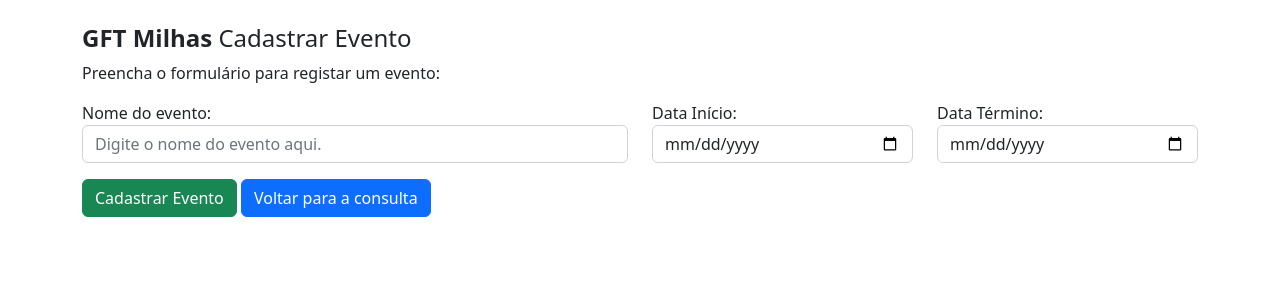
Repository: thamaraamaral/desafio_mvc1
Page: http://localhost/projeto-milhas/WEB-INF/views/eventos-edicao.jsp
An editor plug-in stored every save of this project. The page is shown before and after the next save, followed by the edit.
The browser window is 1280 px wide. The pictures show the whole page.
The page is served by Tomcat 9. Nobody is signed in. The template is opened directly, without the code that normally fills it, so the values that code supplies are empty.

Above is the page before, as saved 2022-10-27 21:40:23.

After the next save:
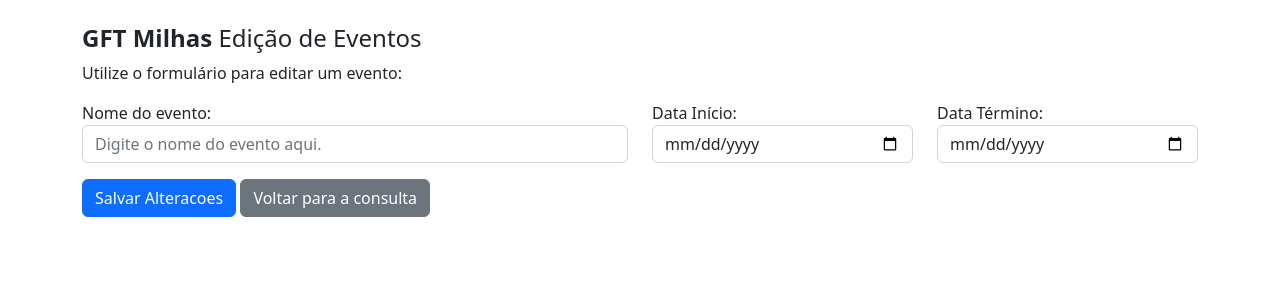
Saved 92 s later.
--- a/projeto-milhas/src/main/webapp/WEB-INF/views/eventos-edicao.jsp
+++ b/projeto-milhas/src/main/webapp/WEB-INF/views/eventos-edicao.jsp
@@ -4,7 +4,7 @@
 <html>
 <head>
 <meta charset="UTF-8">
-<title>Cadastro de Evento</title>
+<title>Edição de Eventos</title>
 <!-- CSS only -->
 <link
 	href="https://cdn.jsdelivr.net/npm/bootstrap@5.2.2/dist/css/bootstrap.min.css"
@@ -17,9 +17,9 @@
 		<div class="row mb-3">
 			<div class="col-md-12">
 				<h4>
-					<strong>GFT Milhas</strong> Cadastrar Evento
+					<strong>GFT Milhas</strong> Edição de Eventos
 				</h4>
-				Preencha o formulário para registar um evento:
+				Utilize o formulário para editar um evento:
 			</div>
 		</div>
 		<form class="mb-3">
@@ -39,9 +39,9 @@
 				</div>
 
 				<div class="mb-3">
-					<input type="submit" value="Cadastrar Evento" class="btn btn-success mt-3">
+					<input type="submit" value="Salvar Alteracoes" class="btn btn-primary mt-3">
 
-					<a href="/projeto-milhas/eventos-consulta" class="btn btn-primary mt-3">Voltar para a consulta</a>
+					<a href="/projeto-milhas/eventos-consulta" class="btn btn-secondary mt-3">Voltar para a consulta</a>
 				</div>
 			</div>
 		</form>
